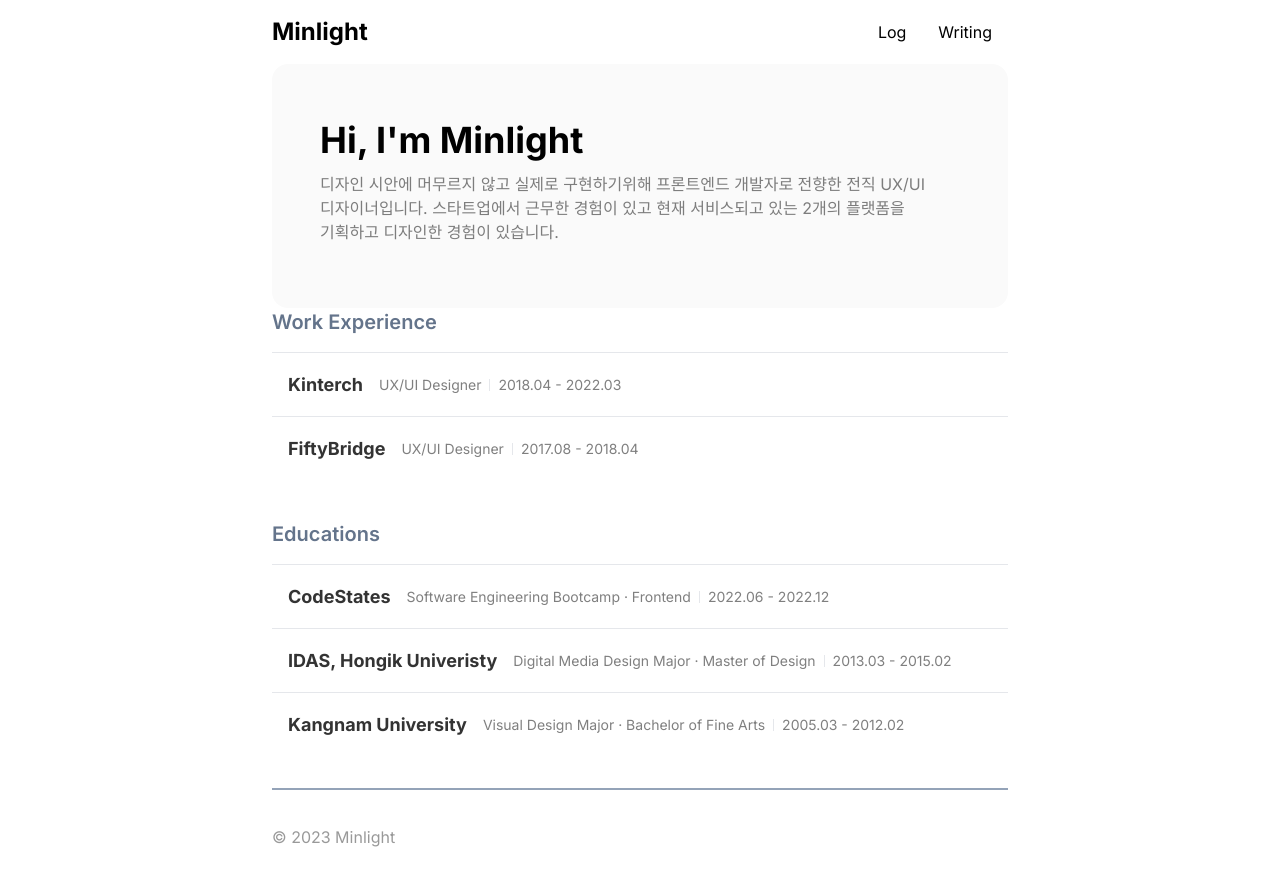
Repository: kwngmin/minlight-log
Page: /
These files come from the project's save history. The page is drawn as it stood at one moment and after the next save; the edit follows.
The browser window is 1280 px wide. The pictures show the whole page.
The project was rebuilt for these pictures with package versions that can differ from the ones it lists, and the page was loaded fresh each time. The framework's server and built-in components were replaced by stand-ins that run in the browser. Also part of the build but not shown: next.config.js.

Above is the page before, as saved 2023-04-12 16:37:20.

### src/app/layout.tsx
import "./globals.css";
import Footer from "@/components/Footer";
import Header from "@/components/Header";

import { Inter } from "next/font/google";
const inter = Inter({ subsets: ["latin"] });

export const metadata = {
  title: {
    default: "Minlight",
    template: "Minlight | %s",
  },
  description: "Minlight log",
};

export default function RootLayout({
  children,
}: {
  children: React.ReactNode;
}) {
  return (
    <html lang="en" className={inter.className}>
      <body className="flex flex-col max-w-screen-md mx-auto px-4">
        <Header />
        <main className="">{children}</main>
        <Footer />
      </body>
    </html>
  );
}

### src/app/page.tsx
import TableGroup from "@/components/TableGroup";
import Title from "@/components/Title";

const titleData = {
  title: `Hi, I'm Minlight`,
  description: `디자인 시안에 머무르지 않고 실제로 구현하기위해 프론트엔드 개발자로 전향한 전직 UX/UI 디자이너입니다. 스타트업에서 근무한
경험이 있고 현재 서비스되고 있는 2개의 플랫폼을 기획하고 디자인한 경험이 있습니다.`,
};

export default function Home() {
  return (
    <section>
      <Title titleData={titleData} />
      <TableGroup />
    </section>
  );
}

### src/app/globals.css
@tailwind base;
@tailwind components;
@tailwind utilities;

* {
  box-sizing: border-box;
  padding: 0;
  margin: 0;
}
/*
:root {
  --max-width: 1100px;
  --border-radius: 12px;
  --font-mono: ui-monospace, Menlo, Monaco, "Cascadia Mono", "Segoe UI Mono",
    "Roboto Mono", "Oxygen Mono", "Ubuntu Monospace", "Source Code Pro",
    "Fira Mono", "Droid Sans Mono", "Courier New", monospace;

  --foreground-rgb: 0, 0, 0;
  --background-start-rgb: 214, 219, 220;
  --background-end-rgb: 255, 255, 255;

  --primary-glow: conic-gradient(
    from 180deg at 50% 50%,
    #16abff33 0deg,
    #0885ff33 55deg,
    #54d6ff33 120deg,
    #0071ff33 160deg,
    transparent 360deg
  );
  --secondary-glow: radial-gradient(
    rgba(255, 255, 255, 1),
    rgba(255, 255, 255, 0)
  );

  --tile-start-rgb: 239, 245, 249;
  --tile-end-rgb: 228, 232, 233;
  --tile-border: conic-gradient(
    #00000080,
    #00000040,
    #00000030,
    #00000020,
    #00000010,
    #00000010,
    #00000080
  );

  --callout-rgb: 238, 240, 241;
  --callout-border-rgb: 172, 175, 176;
  --card-rgb: 180, 185, 188;
  --card-border-rgb: 131, 134, 135;
}

@media (prefers-color-scheme: dark) {
  :root {
    --foreground-rgb: 255, 255, 255;
    --background-start-rgb: 0, 0, 0;
    --background-end-rgb: 0, 0, 0;

    --primary-glow: radial-gradient(rgba(1, 65, 255, 0.4), rgba(1, 65, 255, 0));
    --secondary-glow: linear-gradient(
      to bottom right,
      rgba(1, 65, 255, 0),
      rgba(1, 65, 255, 0),
      rgba(1, 65, 255, 0.3)
    );

    --tile-start-rgb: 2, 13, 46;
    --tile-end-rgb: 2, 5, 19;
    --tile-border: conic-gradient(
      #ffffff80,
      #ffffff40,
      #ffffff30,
      #ffffff20,
      #ffffff10,
      #ffffff10,
      #ffffff80
    );

    --callout-rgb: 20, 20, 20;
    --callout-border-rgb: 108, 108, 108;
    --card-rgb: 100, 100, 100;
    --card-border-rgb: 200, 200, 200;
  }
}

* {
  box-sizing: border-box;
  padding: 0;
  margin: 0;
}

html,
body {
  max-width: 100vw;
  overflow-x: hidden;
}

body {
  color: rgb(var(--foreground-rgb));
  background: linear-gradient(
      to bottom,
      transparent,
      rgb(var(--background-end-rgb))
    )
    rgb(var(--background-start-rgb));
}

a {
  color: inherit;
  text-decoration: none;
}

@media (prefers-color-scheme: dark) {
  html {
    color-scheme: dark;
  }
} */

### src/components/Footer.tsx
export default function Footer() {
  return (
    <section className="h-24 flex items-center border-t-2 mt-8 border-slate-400">
      <span className="text-black/40">© 2023 Minlight</span>
    </section>
  );
}

### src/components/Header.tsx
import Link from "next/link";

const navList = [
  { name: "Log", url: "/log" },
  { name: "Writing", url: "/log" },
];

export default function Header() {
  return (
    <section className="h-16 flex items-center justify-between">
      <Link href="/" className="text-2xl font-bold">
        Minlight
      </Link>
      <nav className="">
        {navList.map(({ name, url }) => (
          <Link href={url} key={name} className="px-4">
            {name}
          </Link>
        ))}
      </nav>
    </section>
  );
}

### src/components/TableGroup.tsx
import Table from "@/components/Table";

const careerData = [
  {
    head: "Kinterch",
    content: "UX/UI Designer",
    period: "2018.04 - 2022.03",
  },
  {
    head: "FiftyBridge",
    content: "UX/UI Designer",
    period: "2017.08 - 2018.04",
  },
];

const educateData = [
  {
    head: "CodeStates",
    content: "Software Engineering Bootcamp · Frontend",
    period: "2022.06 - 2022.12",
  },
  {
    head: "IDAS, Hongik Univeristy",
    content: "Digital Media Design Major · Master of Design",
    period: "2013.03 - 2015.02",
  },
  {
    head: "Kangnam University",
    content: "Visual Design Major · Bachelor of Fine Arts",
    period: "2005.03 - 2012.02",
  },
];

export default function TableGroup() {
  return (
    <section className="flex flex-col gap-10">
      <Table tableData={careerData} subject="Work Experience" />
      <Table tableData={educateData} subject="Educations" />
    </section>
  );
}

### src/components/Title.tsx
type TitleData = {
  title: string;
  description: string;
};
export default function Title({ titleData }: { titleData: TitleData }) {
  const { title, description } = titleData;
  return (
    <div className="pt-14 pb-16 px-4 lg:px-12 bg-zinc-50 rounded-2xl">
      <h1 className="text-3xl md:text-4xl font-bold mb-3">{title}</h1>
      <p className="text-black/50 break-keep">{description}</p>
    </div>
  );
}

### src/components/Table.tsx
import { HtmlProps } from "next/dist/shared/lib/html-context";

type Props = {
  tableData: {
    head: string;
    content: string;
    period: string;
  }[];
  subject: string;
};

export default function Table({ tableData, subject }: Props) {
  return (
    <div>
      <h2 className="text-left text-xl font-semibold text-slate-500 pb-4">
        {subject}
      </h2>
      <ul>
        {tableData.map(({ head, content, period }) => (
          <li
            key={head}
            className="flex flex-col lg:flex-row lg:items-center justify-center lg:justify-start pt-4 pb-5 lg:py-0 lg:h-16 border-t gap-0 lg:gap-4 pl-4 lg:px-4"
          >
            <h3 className="font-bold text-lg text-black/80">{head}</h3>
            <section className="text-black/50 lg:text-sm flex items-center flex-wrap">
              {content}
              <div className="inline-block border-l h-3 mx-2 " />
              {period}
            </section>
          </li>
        ))}
      </ul>
    </div>
  );
}

Loaded but not shown: tailwind.config.js (common file)

After the next save:
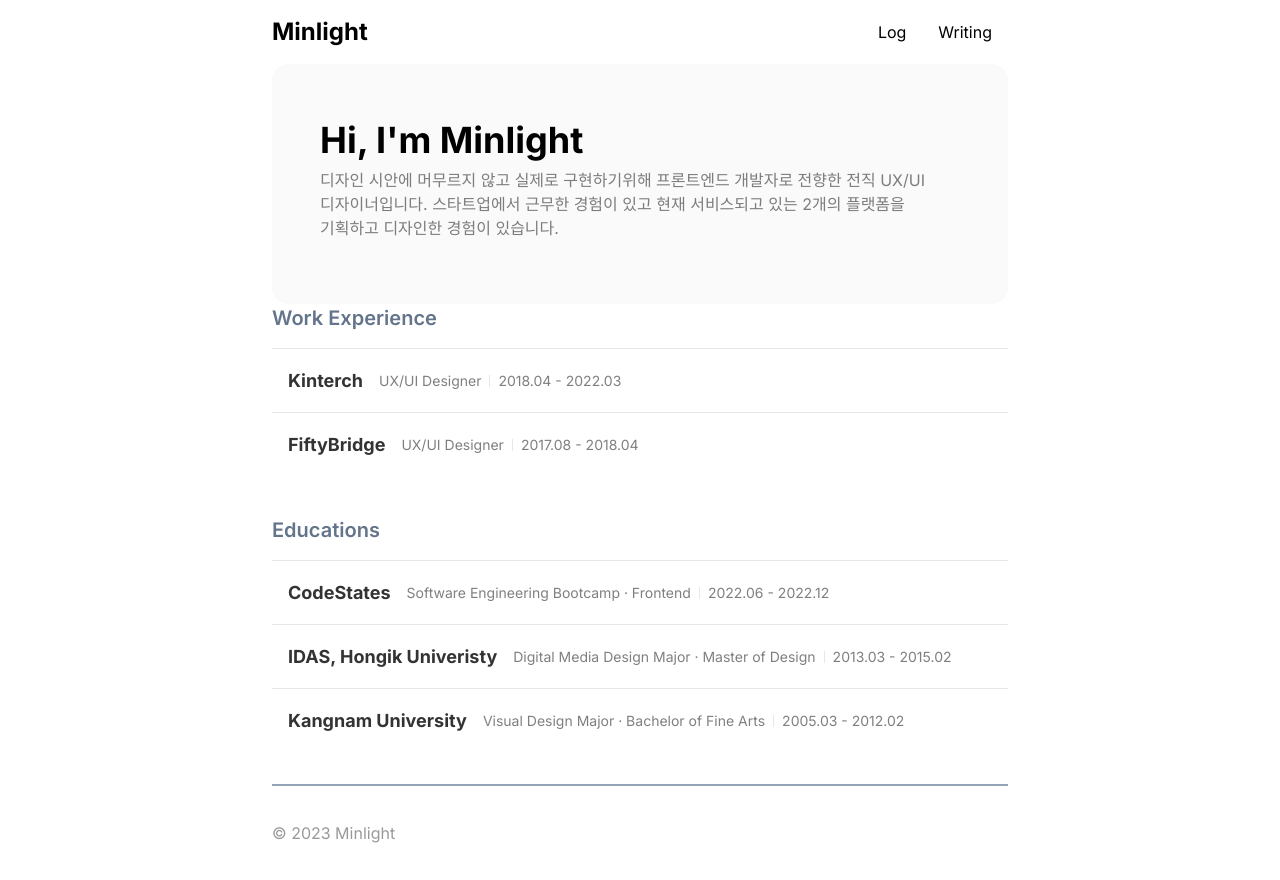
Saved 6 s later.
--- a/src/components/Title.tsx
+++ b/src/components/Title.tsx
@@ -6,7 +6,7 @@ export default function Title({ titleData }: { titleData: TitleData }) {
   const { title, description } = titleData;
   return (
     <div className="pt-14 pb-16 px-4 lg:px-12 bg-zinc-50 rounded-2xl">
-      <h1 className="text-3xl md:text-4xl font-bold mb-3">{title}</h1>
+      <h1 className="text-3xl md:text-4xl font-bold mb-2">{title}</h1>
       <p className="text-black/50 break-keep">{description}</p>
     </div>
   );
